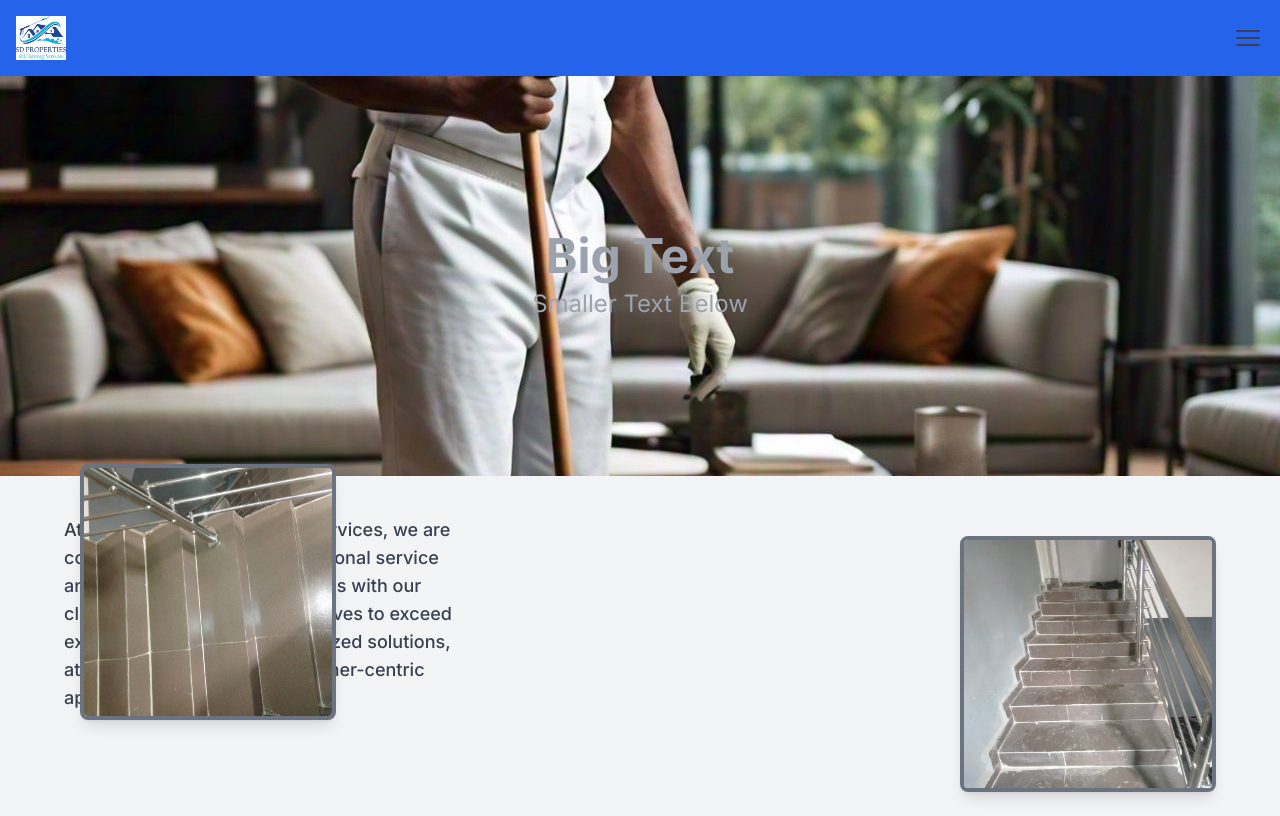
Repository: devmskhan/sdpropandclean
Page: /
The author's editor kept a copy of each file at every save. The page is drawn from the files as they stood at one save, then again after the next save.
The browser window is 1280 px wide. The pictures show the whole page.
The project was rebuilt for these pictures with package versions that can differ from the ones it lists, and the page was loaded fresh each time. The framework's server and built-in components were replaced by stand-ins that run in the browser. Also part of the build but not shown: next.config.mjs.

Above is the page before, as saved 2024-09-03 12:30:57.

After the next save:
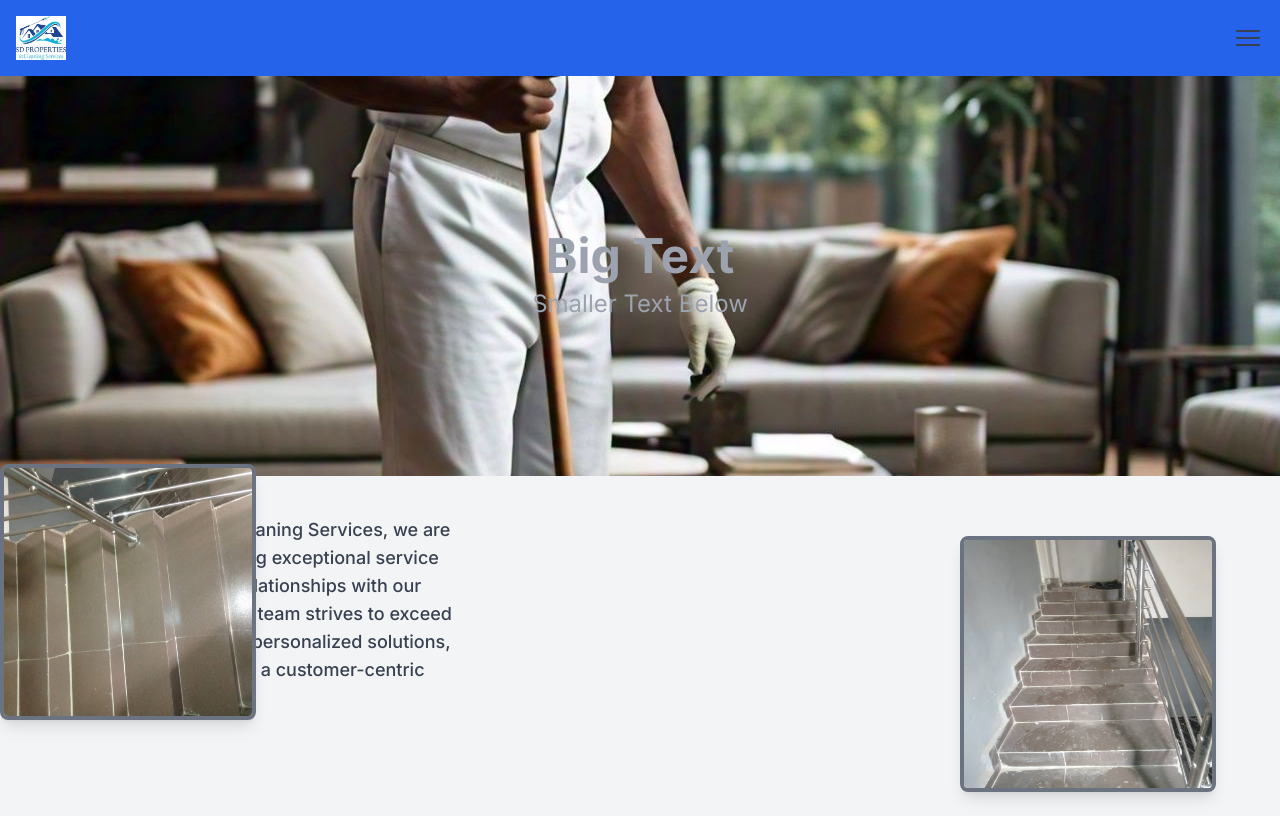
Saved 24 s later.
--- a/components/Body.tsx
+++ b/components/Body.tsx
@@ -30,7 +30,7 @@ function Body() {
   </div>
   <div className="mt-4 mr-10">
   <img src="stairsb.jpg" alt="Top Image" className="mt-5 w-64 h-64 rounded-lg shadow-lg border-gray-500 border-solid border-4" />
-  <img src="stairsaft.jpg" alt="Bottom Image" className="mt-5 ml-20 absolute bottom-0 left-0 w-64 h-64 rounded-lg shadow-lg border-gray-500 border-solid border-4" />
+  <img src="stairsaft.jpg" alt="Bottom Image" className="mt-5  absolute bottom-0 left-0 w-64 h-64 rounded-lg shadow-lg border-gray-500 border-solid border-4" />
   </div>
 </div>
 
